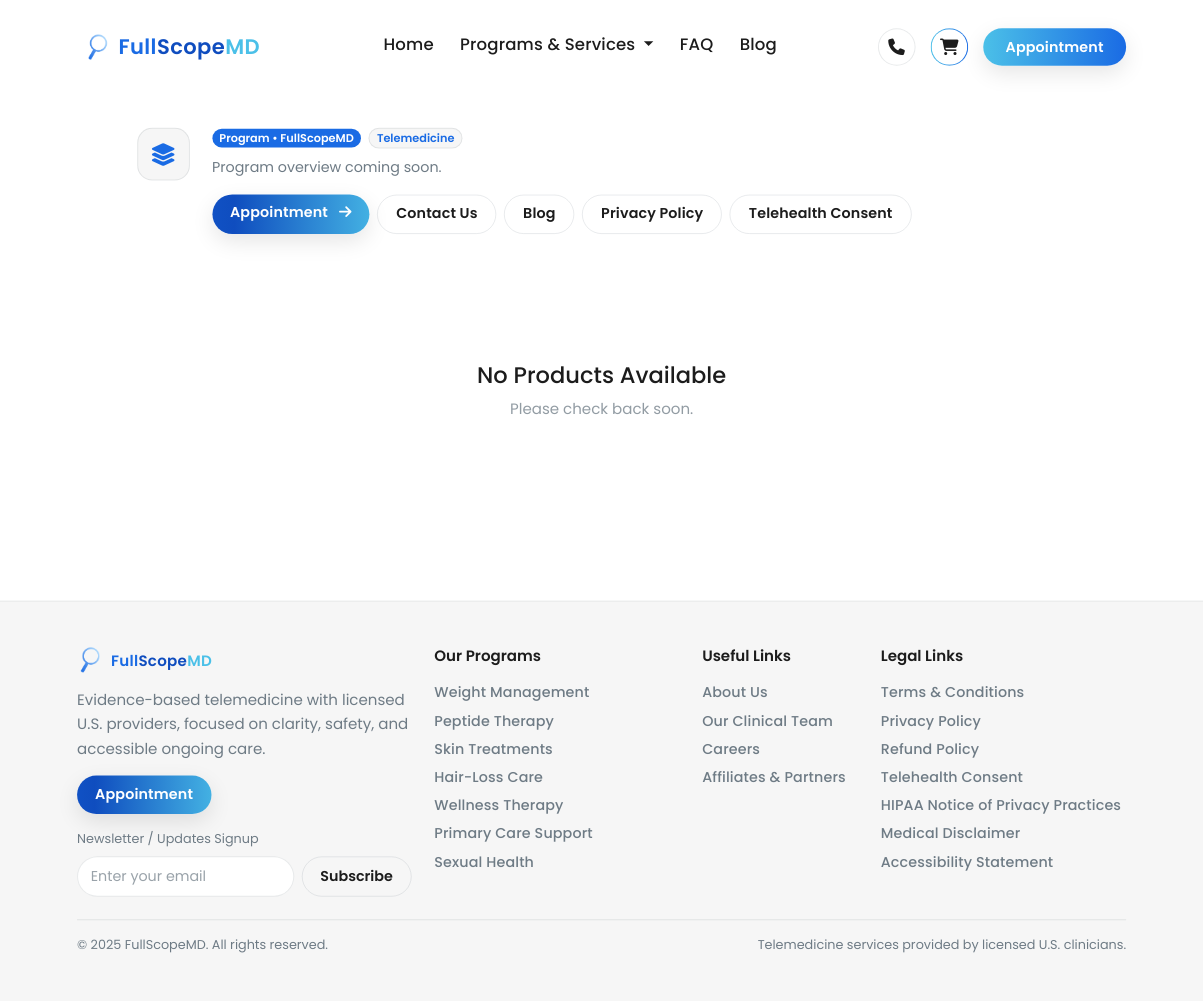
Repository: Jane-Li18/fullscopeMD
Page: app_fsMD/templates/category/prgrms_dtls.html
An editor plug-in stored every save of this project. The page is shown before and after the next save, followed by the edit.
The browser window is 1280 px wide. The pictures show the whole page, at 94% of full size.
The page is served by the project's application, run on Django 5.2 (manage.py). The page reads the database file committed with the project. The template is opened directly, without the code that normally fills it, so the values that code supplies are empty.

Above is the page before, as saved 2025-12-20 00:14:43.

After the next save:
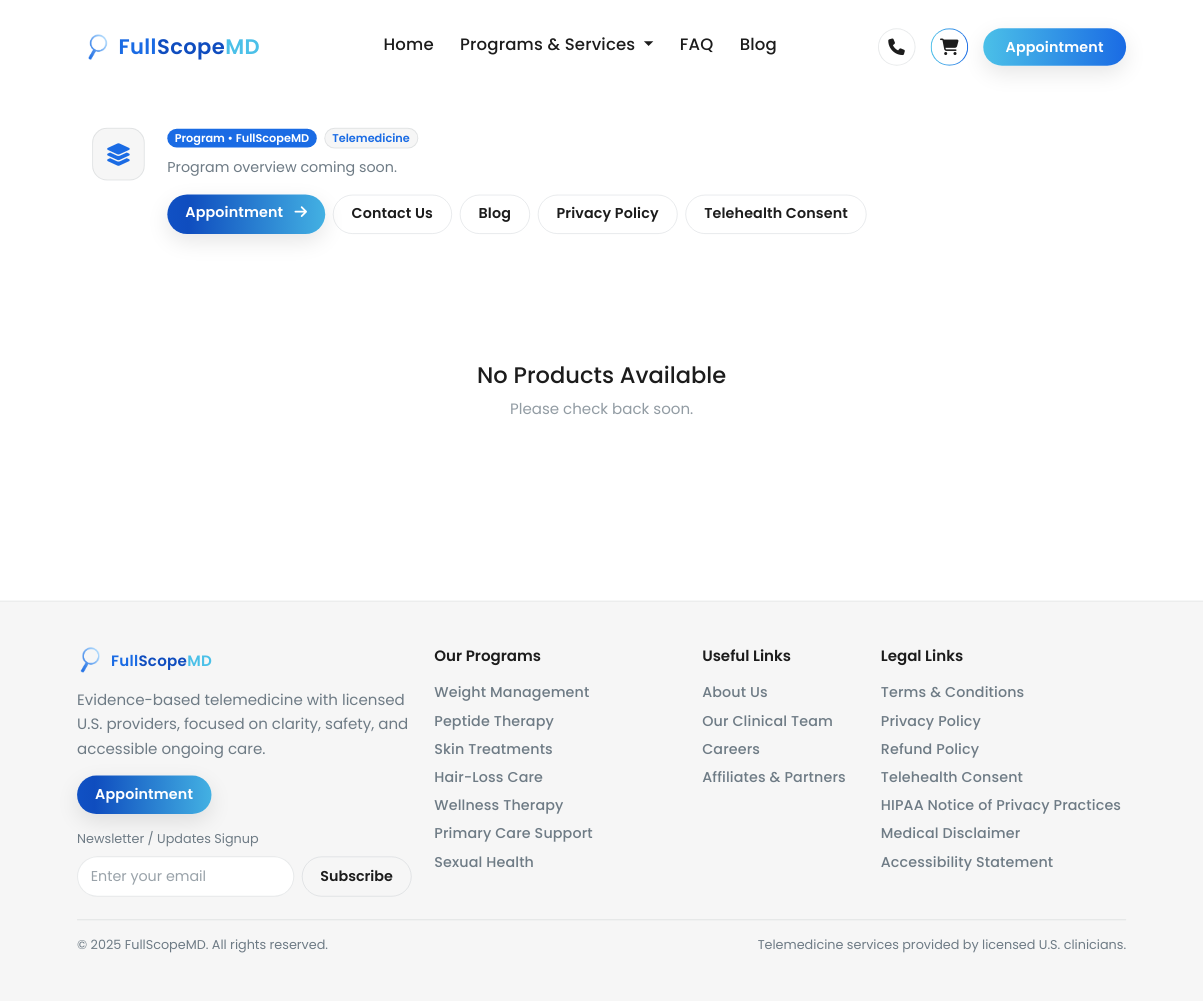
Saved 19 s later.
--- a/app_fsMD/templates/category/prgrms_dtls.html
+++ b/app_fsMD/templates/category/prgrms_dtls.html
@@ -9,7 +9,7 @@
   <div class="container py-2 py-lg-4">
 
     <div class="row justify-content-center mb-4">
-      <div class="col-12 col-lg-11">
+      <div class="col-12 col-lg-12">
         <div class="p-lg-3 bg-white fade-in-up fade-in delay-1 fade-blocked">
           <div class="d-flex flex-column flex-md-row align-items-start gap-3 gap-lg-4">
 
